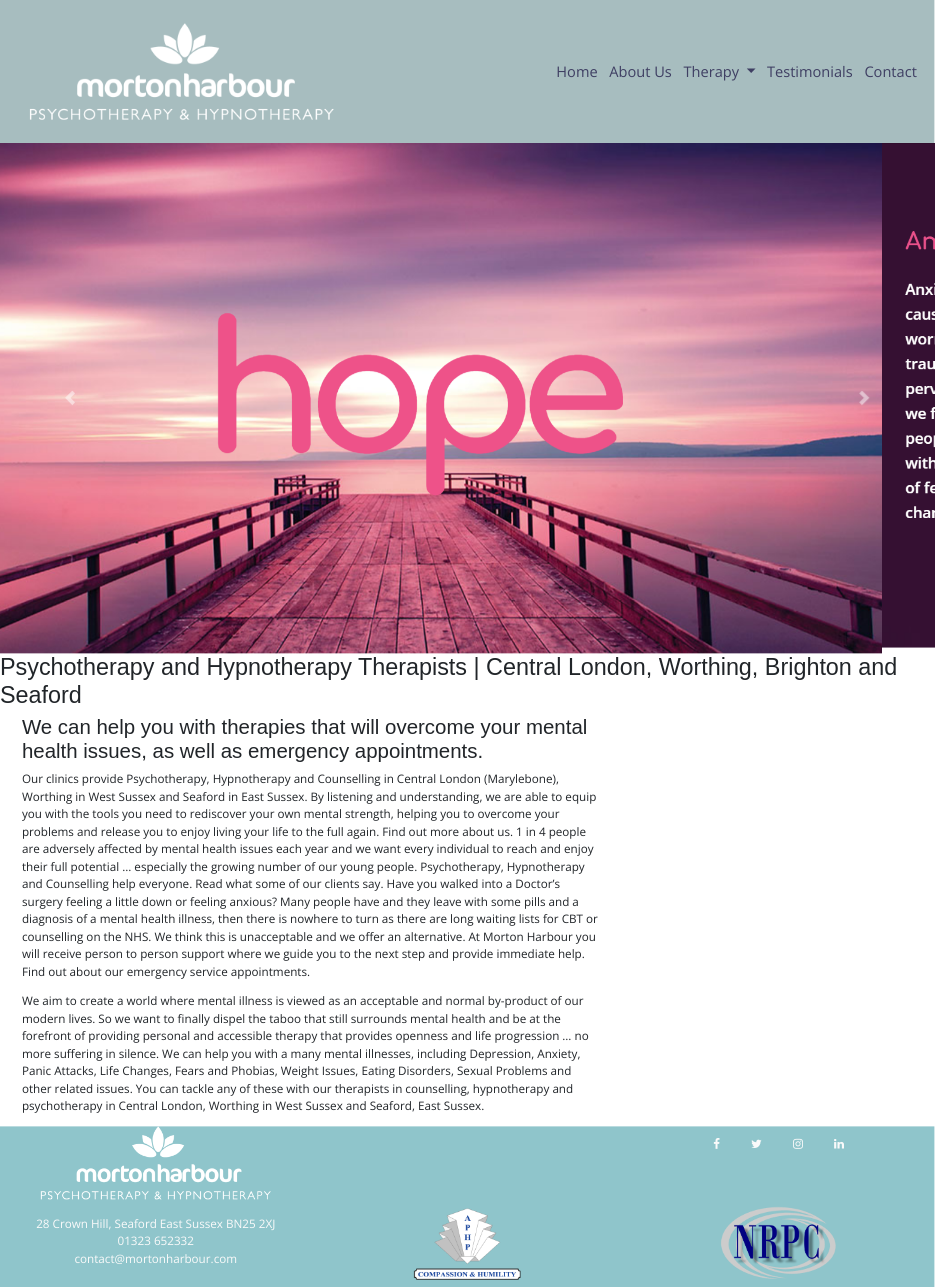
Repository: Code-Institute-Submissions/mortonharbour
Page: index.html
The author's editor kept a record of every edit. The page is drawn from the files as they stood at one moment, then again after the next edit.
The browser window is 1280 px wide. The page is 1295 px wide, so the pictures cover 1295 px, including what lies to the right of the window. The pictures show the whole page, at 73% of full size.
Some web fonts or font styles are not loaded; a fallback is used. Some web libraries are served in a nearby version.

Above is the page before.

After the next edit:
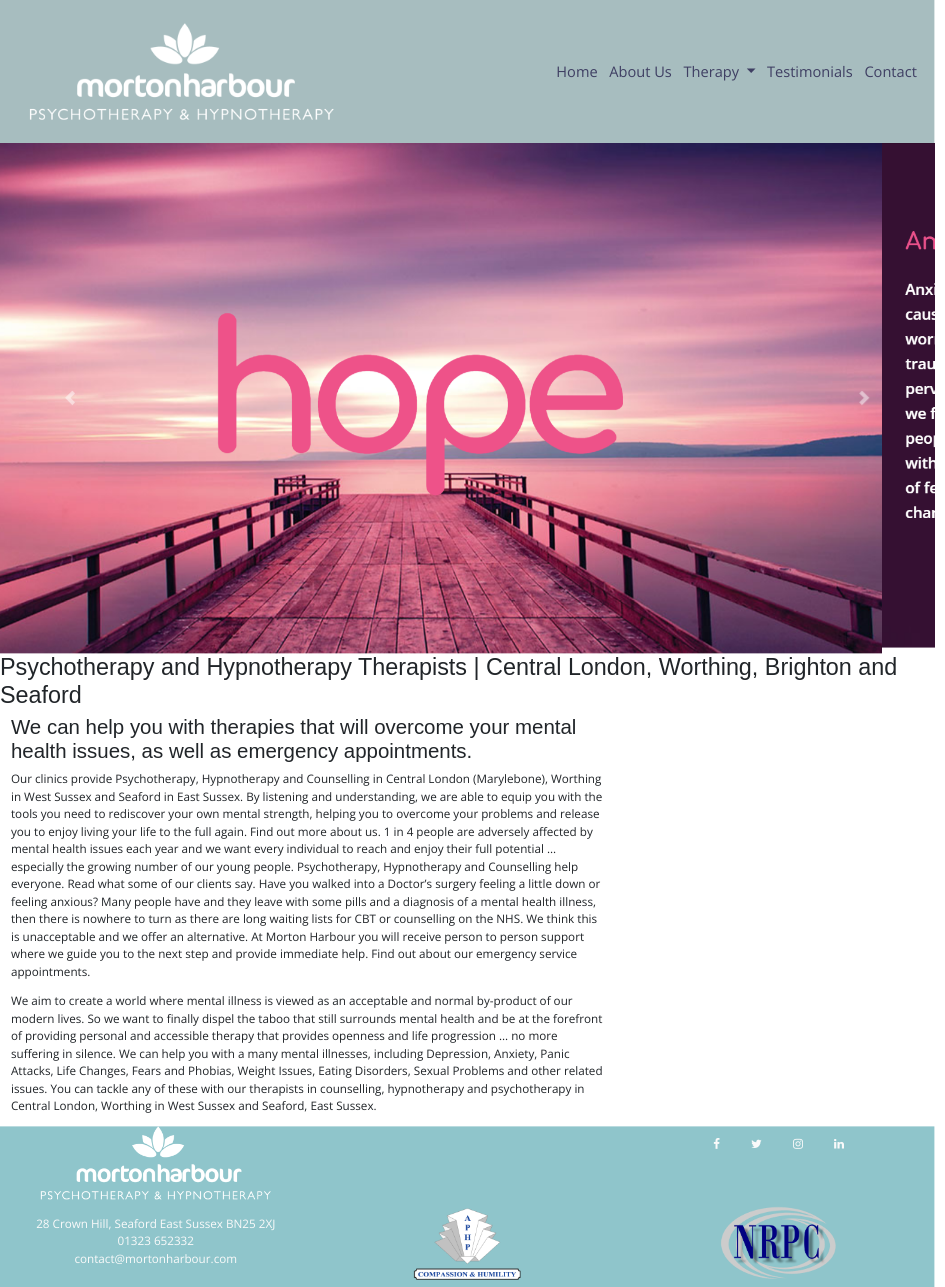
The edit:
--- a/index.html
+++ b/index.html
@@ -90,7 +90,6 @@
     <section>
         <div class="row">
             <div class="col-sm-12">
-                <div class="div">
                 <h2>Psychotherapy and Hypnotherapy Therapists | Central London, Worthing, Brighton and Seaford</h2>
             </div>
             <div class="col-sm-8">
